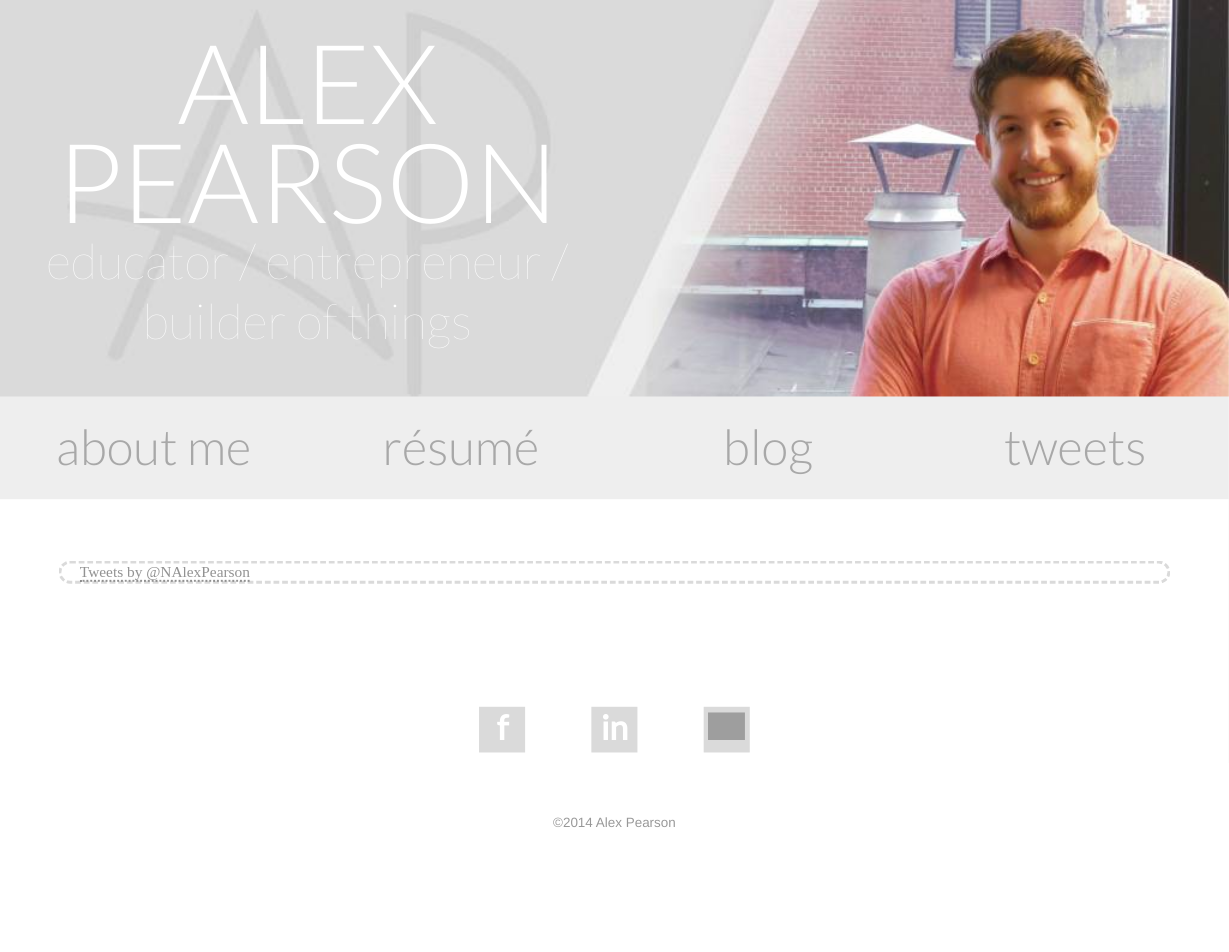
Repository: NAlexPear/personal-page
Page: tweets/index.html
The author's editor kept a record of every edit. The page is drawn from the files as they stood at one moment, then again after the next edit.
The browser window is 1280 px wide. The pictures show the whole page, at 96% of full size.
Pictures or frames that could not be fetched are drawn as grey boxes.

Above is the page before.

After the next edit:
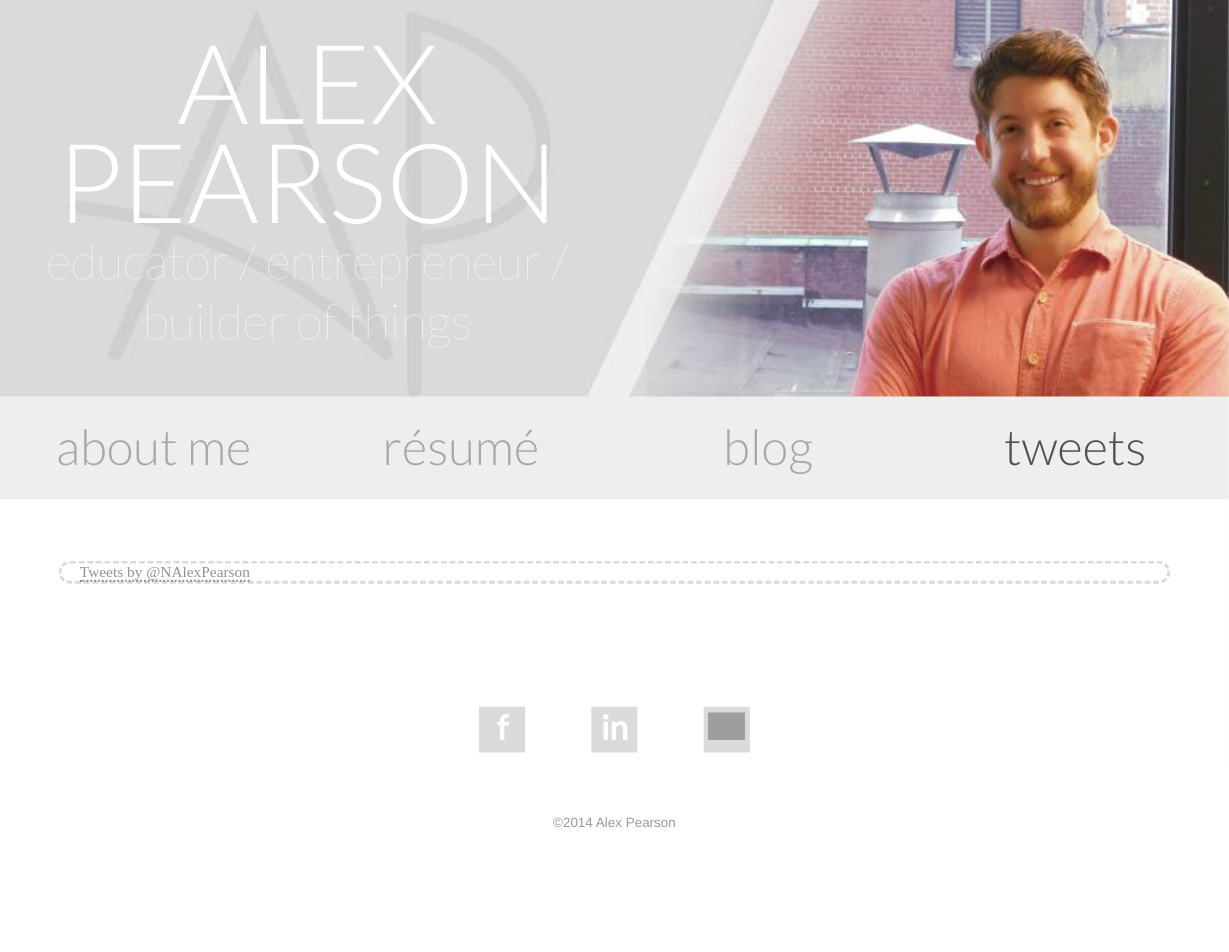
The edit:
--- a/tweets/index.html
+++ b/tweets/index.html
@@ -63,7 +63,7 @@
             <li id="blog">
                 <div class="navreact">
                     <a href="#" title="Alex's Twitter Feed" alt="Alex's Tweets">
-                        <div>tweets</div>
+                        <div style="color:#51504f">tweets</div>
                     </a>
                 </div>
             </li>
